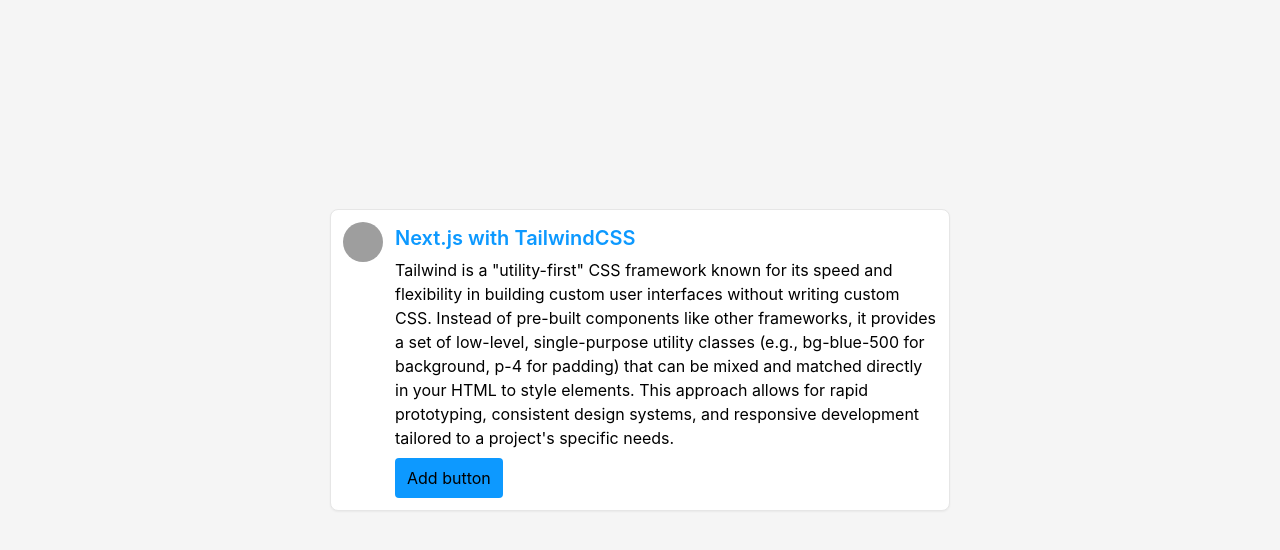
Repository: vignesh33654/resizablesidebar
Page: /
These files come from the project's save history. The page is drawn as it stood at one moment and after the next save; the edit follows.
The browser window is 1280 px wide. The pictures show the whole page.
The project was rebuilt for these pictures with package versions that can differ from the ones it lists, and the page was loaded fresh each time.

Above is the page before, as saved 2025-11-11 10:09:52.

After the next save:
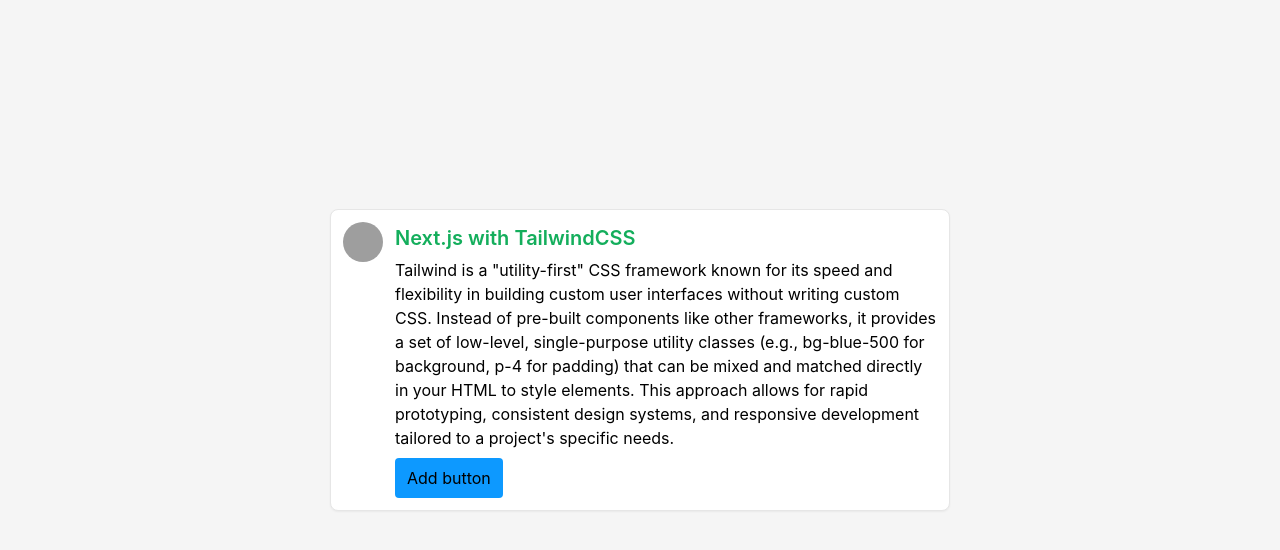
Saved 18 s later.
--- a/src/App.tsx
+++ b/src/App.tsx
@@ -15,7 +15,7 @@
 
         {/* Content */}
         <div className="flex flex-col gap-1">
-          <h3 className="text-color-primary">
+          <h3 className="text-color-success">
             Next.js with TailwindCSS
           </h3>
 
